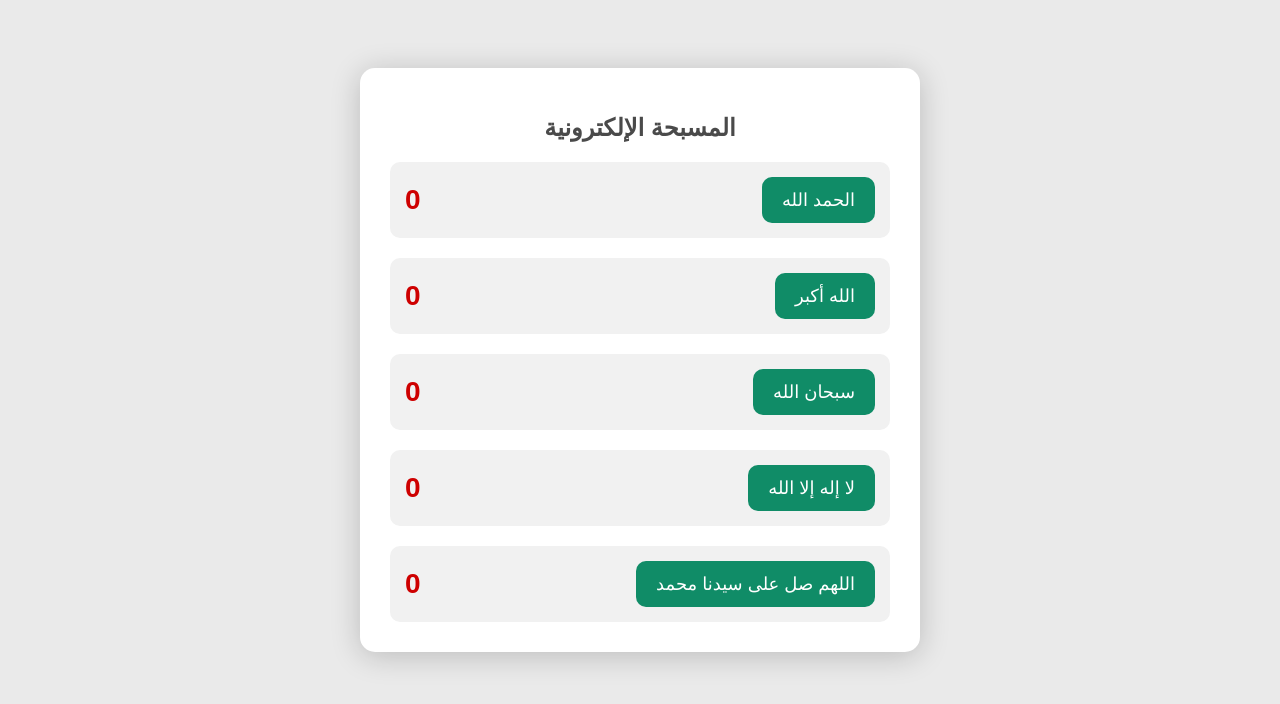
Repository: ShahdKItany/Electronic-Rosary
Page: index.html
An editor plug-in stored every save of this project. The page is shown before and after the next save, followed by the edit.
The browser window is 1280 px wide. The pictures show the whole page.

Above is the page before, as saved 2024-10-23 00:55:34.

After the next save:
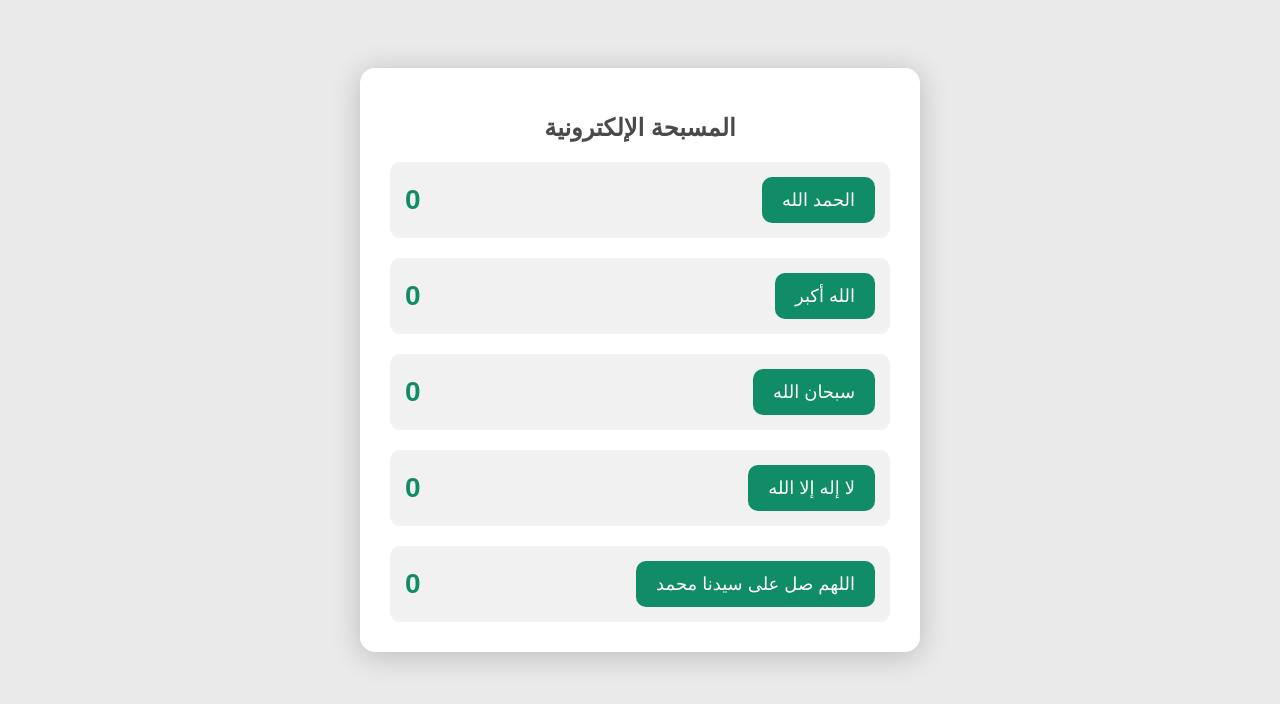
Saved 13 s later.
--- a/styles.css
+++ b/styles.css
@@ -63,6 +63,6 @@ body {
 
   .counter {
     font-size: 28px;
-    color: #ce0000;
+    color:#108c67;
     font-weight: bold;
   }
